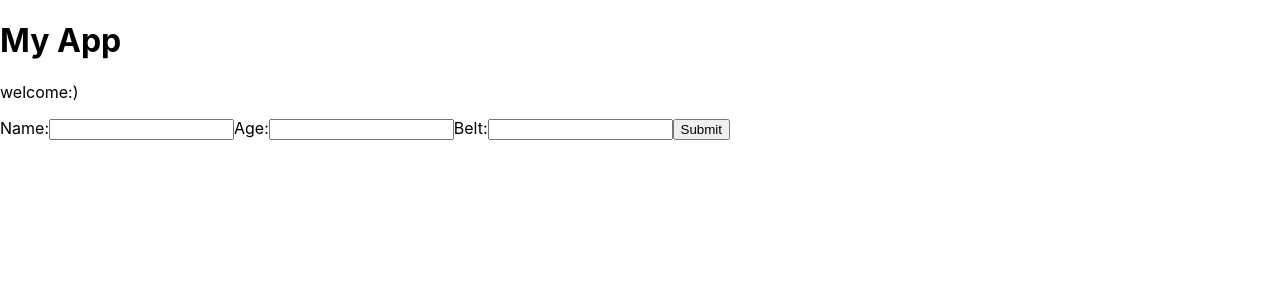
Repository: ejazsidhu/reactJSPrecticeNinja
Page: /
An editor plug-in stored every save of this project. The page is shown before and after the next save, followed by the edit.
The browser window is 1280 px wide. The pictures show the whole page.
The project was rebuilt for these pictures with package versions that can differ from the ones it lists, and the page was loaded fresh each time. Also part of the build but not shown: src/ninjas.js.

Above is the page before, as saved 2020-04-10 19:49:41.

After the next save:
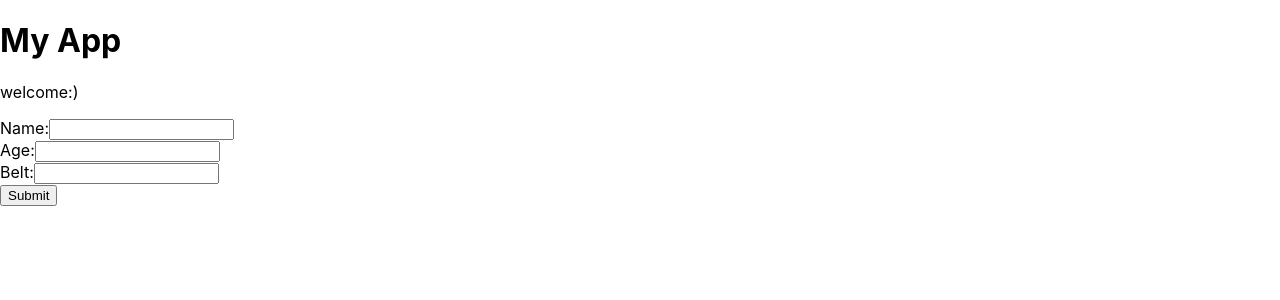
Saved 20 s later.
--- a/src/addNinja.js
+++ b/src/addNinja.js
@@ -20,11 +20,11 @@ class AddNinja extends Component {
             <div className="add-ninjas">
                 <form onSubmit={this.handleSubmit}>
                     <label htmlFor="name">Name:</label>
-                    <input type="text" id="name" onChange={this.handleChange}/>
+                    <input type="text" id="name" onChange={this.handleChange}/><br/>
                     <label htmlFor="age">Age:</label>
-                    <input type="text" id="age" onChange={this.handleChange}/>
+                    <input type="text" id="age" onChange={this.handleChange}/><br/>
                     <label htmlFor="belt">Belt:</label>
-                    <input type="text" id="belt" onChange={this.handleChange}/>
+                    <input type="text" id="belt" onChange={this.handleChange}/><br/>
                     <button type="submit">Submit</button>
                 </form>
 
